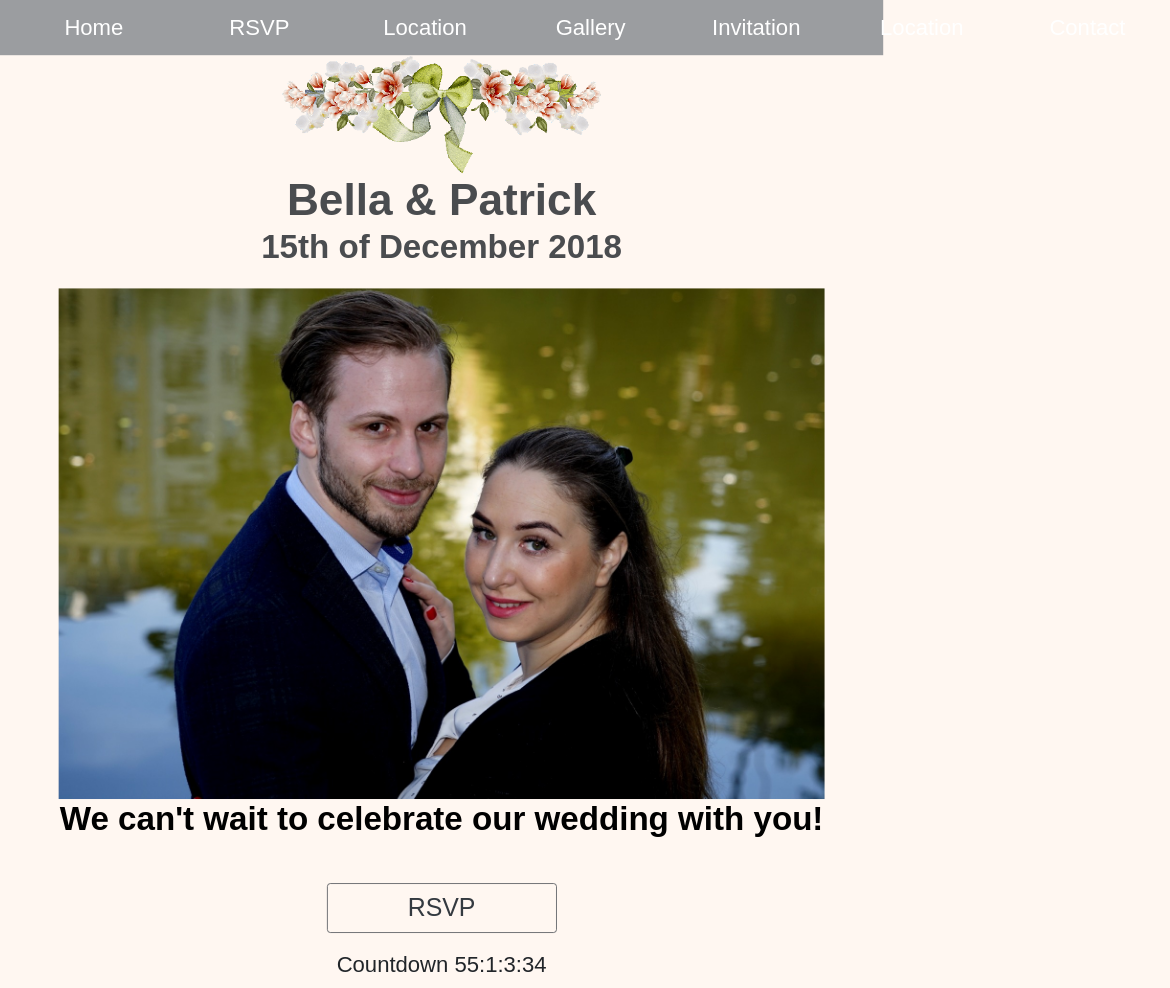
Repository: PMeiler/weddingApp
Page: http://localhost/
The author's editor kept a record of every edit. The page is drawn from the files as they stood at one moment, then again after the next edit.
The browser window is 1280 px wide. The page is 1696 px wide, so the pictures cover 1696 px, including what lies to the right of the window. The pictures show the whole page, at 69% of full size.
Some web fonts or font styles are not loaded; a fallback is used. The page is served by the project's Node server (index.js).

Above is the page before.

After the next edit:
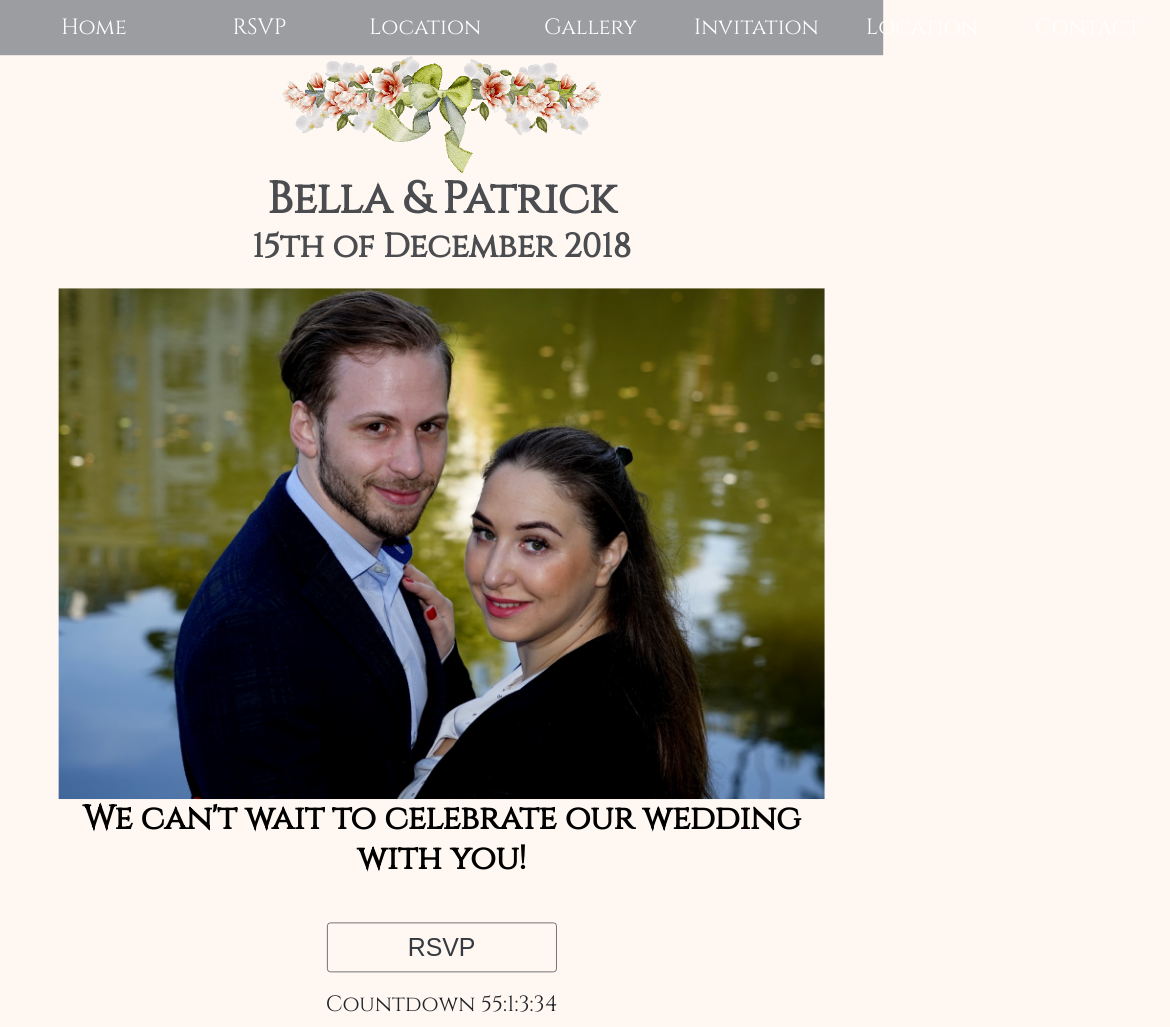
The edit:
--- a/public/CSS/style.css
+++ b/public/CSS/style.css
@@ -1,7 +1,8 @@
 body{
 	background:rgba(255,245,238,0.8);
     font-size: 12px;
-   	font-family: 'KoHo', sans-serif;
+   	font-family: 'Cinzel', serif;
+
 }
 
 #navcolor{
